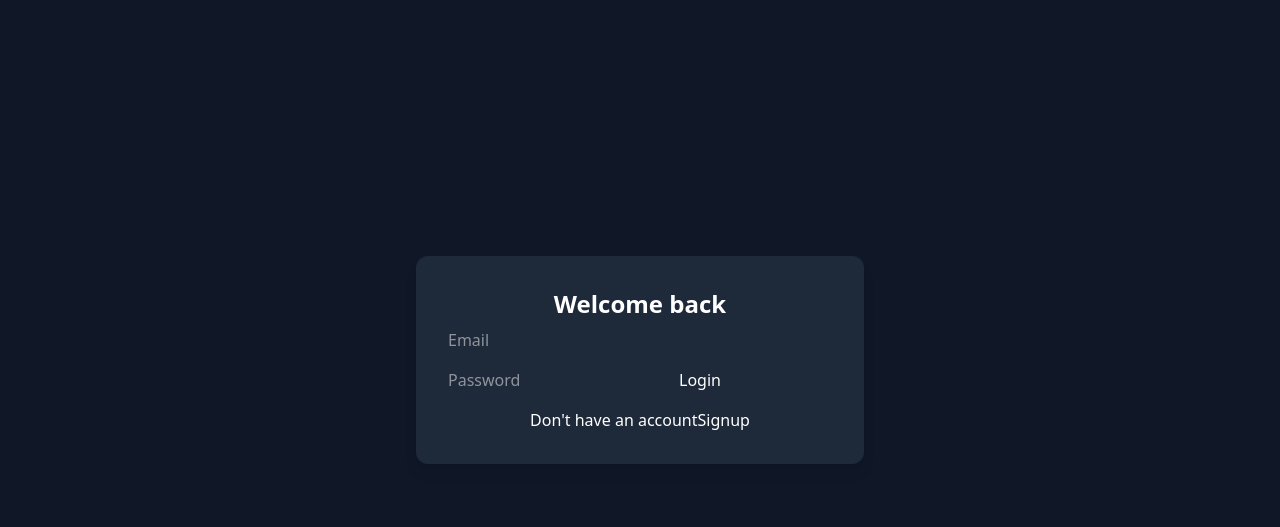
Repository: Reno-mathews/Kanban-Board-MERN
Page: / (app in frontend/)
An editor plug-in stored every save of this project. The page is shown before and after the next save, followed by the edit.
The browser window is 1280 px wide. The pictures show the whole page.
The project was rebuilt for these pictures with package versions that can differ from the ones it lists, and the page was loaded fresh each time. Also part of the build but not shown: frontend/vite.config.js, frontend/src/components/TaskCard.jsx, frontend/src/components/Column.jsx, frontend/src/components/SearchBar.jsx, frontend/src/components/AddTaskModal.jsx, frontend/src/components/EditTaskModal.jsx, frontend/src/hooks/useKanbanBoard.js, frontend/src/components/Board.jsx and 1 more.

Above is the page before, as saved 2026-01-29 09:54:52.

After the next save:
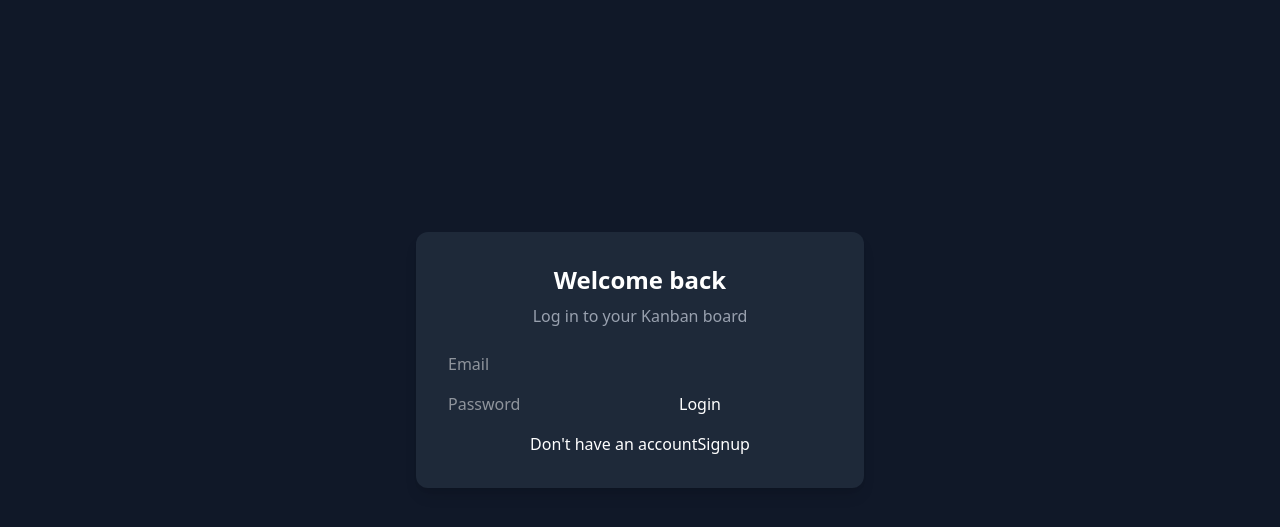
Saved 6 min 30 s later.
--- a/frontend/src/components/AuthForm.jsx
+++ b/frontend/src/components/AuthForm.jsx
@@ -14,7 +14,9 @@ function AuthForm ({
                 <h2 className="text-2xl font-bold text-center mb-2">
                     { isSignup ? "Create an account" : "Welcome back"}
                 </h2>
-
+                <p className="text-center text-gray-400 mb-6">
+                    {isSignup ? "Sign up to get started" : "Log in to your Kanban board"}
+                </p>
                     <form
                         onSubmit={(e) => {
                             e.preventDefault();
